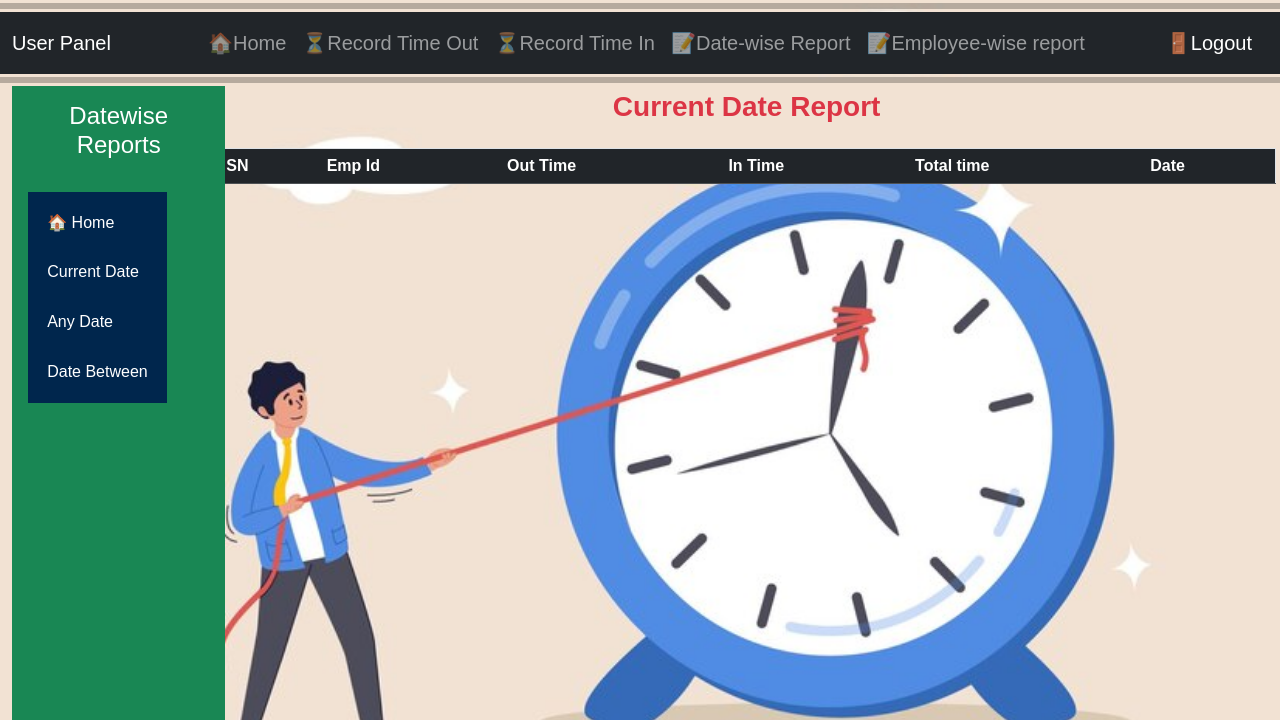
Repository: tecresearch/fullstack-training
Page: http://localhost/user/reports/datewise/anydate-dashboard
The author's editor kept a copy of each file at every save. The page is drawn from the files as they stood at one save, then again after the next save.
The browser window is 1280 px wide. The pictures show the whole page.
The page is this project's Thymeleaf template; nobody is signed in. The template is opened directly, without the code that normally fills it, so the values that code supplies are empty.

Above is the page before, as saved 2025-03-19 07:16:42.

### a4-spring-boot/employee-time-tracker/src/main/resources/templates/user/reports/datewise/anydate-dashboard.html
<html xmlns:th="http://www.thymeleaf.org">
<!-- admin navbar -->
<div th:insert="~{@{user/user-navbar}}"></div>

<head>
	<meta charset="UTF-8">
	<meta name="viewport" content="width=device-width, initial-scale=1.0">
	<title>Datewise Report Dashboard</title>
</head>

<body class="ubg-image">
	<div class="container-fluid">
		<div class="row">
			<!-- Sidebar -->
			<div th:insert="~{@{user/reports/datewise/date-sidebar}}"></div>
			<!-- Main Content -->
			<main class="col-md-9 col-lg-10 offset-md-3 offset-lg-2 p-1">
				<div class="d-flex justify-content-center align-items-center mb-3">
					<h3 class="fw-bold text-danger">Current Date Report</h3>
				</div>

				<!-- Current Date Report Table -->
				<div class="table-responsive">
					<table class="table table-striped table-hover border rounded">
						<thead class="table-dark">
							<tr>
								<th>SN</th>
								<th>Emp Id</th>
								<th>Out Time</th>
								<th>In Time</th>
								<th>Total time</th>
								<th>Date</th>
							</tr>
						</thead>
						<tbody>
							<tr th:each="timeInfo:${currentDateList}">
								<td>1</td>
								<td th:text="${timeInfo.empId}"></td>
								<td th:text="${timeInfo.outime}"></td>
								<td th:text="${timeInfo.intime}"></td>
								<td th:text="${timeInfo.totaltime}"></td>
								<td th:text="${timeInfo.date}"></td>
							</tr>
						</tbody>
					</table>
				</div>
			</main>
		</div>
	</div>
	<script src="https://cdn.jsdelivr.net/npm/bootstrap@5.3.0/dist/js/bootstrap.bundle.min.js"></script>
</body>

</html>

### a4-spring-boot/employee-time-tracker/src/main/resources/templates/user/user-navbar.html
<html xmlns:th="http://www.thymeleaf.org">
  <head>
	<div th:insert="~{@{csslink}}"></div>
	<style>
		.bt {
           padding: 5px 10px;
		   border-radius: 5px;
		   transition: background-color 0.3s;
		   color:blue;
		   font-size:1.5vw;
		   background-color: white;
		   margin-left: 5px;
		   margin-top: 0px;
		 }
		.nav-link:hover{
			color:white;
		}
    </style>
	<script>
	        document.addEventListener("DOMContentLoaded", function () {

				document.querySelectorAll("nav a").forEach(link => {
				    if (link.href === window.location.href) {
				      link.classList.add("active");
				    }
				  });
	        });
	    </script>
</head>
<body>
  <hr style="border:3px solid black;margin-top:3px;margin-bottom:3px">
  <nav class="navbar navbar-expand-lg navbar-dark bg-dark">
	<div class="container-fluid">
	   <a class="navbar-brand" href="#">User Panel</a>
	   <button class="navbar-toggler" type="button" data-bs-toggle="collapse" data-bs-target="#navbarNav">
		 <span class="navbar-toggler-icon"></span>
	   </button>
	   <div class="collapse navbar-collapse justify-content-center" id="navbarNav">
	 	<ul class="navbar-nav">
		  <li class="nav-item">
		     <a class="nav-link fs-5" href="/employee-timetracker/user/home">🏠Home</a>
		  </li>
		  <li class="nav-item">
			 <a class="nav-link fs-5" id="recordTimeOut" data-bs-target="#employeeTimeOutModal" data-bs-toggle="modal" href="#">⏳Record Time Out</a>
		  </li>
		  <li class="nav-item">
			 <a class="nav-link fs-5" id="recordTimeIn" data-bs-target="#employeeTimeInModal" data-bs-toggle="modal" href="#">⏳Record Time In</a>
		  </li>
		  <li class="nav-item">
			 <a class="nav-link fs-5" href="/employee-timetracker/user/datewise/report">📝Date-wise Report</a>
		  </li>
		  <li class="nav-item">
		     <a class="nav-link fs-5" href="#">📝Employee-wise report</a>
		  </li>
		</ul>
	  </div>
	  <a class="navbar-brand" href="#">🚪Logout</a>
	 </div>
    </nav>
   </div>
   <hr style="border:3px solid black;margin-top:3px;margin-bottom:3px">
</body>
</html>

### a4-spring-boot/employee-time-tracker/src/main/resources/templates/csslink.html
<link th:href="@{/CSS/bootstrap.min.css}" rel="stylesheet">
<link th:href="@{/CSS/timetracker.css?v=2.0}" rel="stylesheet">
<script src="https://code.jquery.com/jquery-3.6.0.min.js"></script>
<script th:src="@{/JS/employee/ajax.js?v=2.0}" type="module"></script>
<script th:src="@{/JS/user.js?v=2.0}"></script>
<script th:src="@{/JS/user/userajax.js?v=2.0}" type="module"></script>
<script th:src="@{/JS/user/check.js?v=2.0}"></script>

### a4-spring-boot/employee-time-tracker/src/main/resources/templates/user/reports/datewise/date-sidebar.html
<nav class="col-md-3 col-lg-2 d-md-block bg-success text-white vh-100 position-fixed">
	<div class="p-3">
		<h4 class="text-center">Datewise Reports</h4>
		<ul class="nav flex-column mt-4 position-fixed">
			<li class="nav-item">
				<a class="nav-link text-white active" href="#">🏠 Home</a>
			</li>
			<li class="nav-item">
				<a class="nav-link text-white" id="addUser1" data-bs-toggle="modal" data-bs-target="#addUserModal" href="#">Current Date</a>
			</li>
			<li class="nav-item">
				<a class="nav-link text-white" id="listUser" data-bs-toggle="modal" data-bs-target="#listUserModal" href="#">Any Date</a>
			</li>
			<li class="nav-item">
				<a class="nav-link text-white" data-bs-toggle="modal" data-bs-target="#deleteUserModal" href="#">Date Between</a>
			</li>
		</ul>
	</div>
</nav>

### a4-spring-boot/employee-time-tracker/src/main/resources/static/CSS/timetracker.css
body {
    font-family: Arial, sans-serif;
    margin: 0;
    padding: 0;
    background-color: #f4f4f4;
}
.header {
    background-color: #004080;
    color: white;
    padding: .8vw;
    text-align: center;
}
.nav {
    display: flex;
    justify-content: center;
    background: #00264d;
    padding: .5vw;
}
.nav a {
    color: white;
    padding: 1vw 1vw;
    text-decoration: none;
}
.hero {
    height: 20vw;
    display: flex;
    align-items: center;
    justify-content: center;
    color: white;
    font-size: 1.3vw;
    text-shadow: 2px 2px 5px rgba(0, 0, 0, 0.5);
}
.services {
    text-align: center;
    padding: .5vw;
}
.services div {
    display: inline-block;
    background: white;
    padding: .5vw;
    margin: .5vw;
    border-radius:.2vw;
    box-shadow: 0px 0px .5vw rgba(0, 0, 0, 0.1);
}
.footer {
    background: #004080;
    color: white;
    text-align: center;
    padding: .5vw;
    margin-top: .2vw;
}
.ddm{
    background:#00264d;
}
.bt{
    border:none;
    color:white;
    cursor: pointer;
    background: #00264d;
    margin-top: 12px;
}
a.dropdown-item:hover{
    background:white;
    color:#00264d;
}
.bg-image{
	background: url("../images/time.jpg")no-repeat center center/cover
}
.ubg-image{
	background: url("../images/tracker2.jpg")no-repeat center center/cover
}
.ch{
	height:18vw;
}

### a4-spring-boot/employee-time-tracker/src/main/resources/static/JS/employee/ajax.js
import { loadEmployeeDelete } from './empdelete.js';
import { loadEmployeeEdit } from './empedit.js';
import { popupAddDepartment, popupRole } from './emppopup.js';
import { loadEmployeeList } from './emplist.js';
$(document).ready(function() {
	$("#loadDeleteEmployee").click(function() {
		loadEmployeeDelete();
	});
	$("#loadEditEmployee").click(function() {
		loadEmployeeEdit();
	});
	$("#addEmployee").click(function() {
		popupAddDepartment();
	});
	$("#addEmployee1").click(function() {
		popupAddDepartment();
	});
	$("#department").change(function() {
		alert($(this).val());
		popupRole($(this).val(), "role");
	});
	$("#edepartment").change(function() {
		popupRole($(this).val(), "erole");
	});
	$("#listEmployee").click(function() {
		loadEmployeeList();
	});
});

### a4-spring-boot/employee-time-tracker/src/main/resources/static/JS/user.js
function matchPassword() {

	if (document.getElementById("rpassword").value != document.getElementById("password").value) {
		alert("Repeat password doen not match with password")
		return false;
	}
	return true;
}
function validatePassword() {
	var password = document.getElementById("password").value;
	var pattern = /^(?=.*[A-Z])(?=.*[a-z])(?=.*\d)(?=.*[@#$%^&+=!]).{8,}$/;
	var message = document.getElementById("passwordMessage");

	if (!pattern.test(password)) {
		message.style.color = "red";
		message.innerHTML = "Password must be at least 8 characters long and include uppercase, lowercase, a number, and a special character.";
		return false;
	} else {
		message.style.color = "green";
		message.innerHTML = "Strong password!";
		return true;
	}
}
function validatePasswordMatch() {
	var password = document.getElementById("password").value;
	var confirmPassword = document.getElementById("rpassword").value;
	var message = document.getElementById("passwordMatchMessage");

	if (confirmPassword.length > 0) {
		if (password === confirmPassword) {
			message.style.color = "green";
			message.innerHTML = "Passwords match!";
		} else {
			message.style.color = "red";
			message.innerHTML = "Passwords do not match!";
		}
	} else {
		message.innerHTML = "";
	}
}
function validateEmail() {
	var email = document.getElementById("email").value;
	var emailPattern = /^[a-zA-Z0-9._%+-]+@[a-zA-Z0-9.-]+\.[a-zA-Z]{2,}$/;
	var message = document.getElementById("emailMessage");

	if (emailPattern.test(email)) {
		message.style.color = "green";
		message.innerHTML = "Valid email!";
	} else {
		message.style.color = "red";
		message.innerHTML = "Invalid email format!";
	}
}

### a4-spring-boot/employee-time-tracker/src/main/resources/static/JS/user/userajax.js
import { popupEmployeeInName,popupEmployeeOutName } from './namepopup.js';
$(document).ready(function() {
	$("#recordTimeOut").click(function() {
		popupEmployeeInName()
	});
	$("#recordTimeIn").click(function() {
			popupEmployeeOutName()
	});
});

### a4-spring-boot/employee-time-tracker/src/main/resources/static/JS/user/check.js
function checkUserExistense()
{
		$.ajax(
		{
			url: "/employee-timetracker/admin/user/get-user?username=" + document.getElementById("username").value,
			type: "GET",
			success: function(response)
			{
				if (response)
				{
					document.getElementById("userExistMessage").innerHTML = "User name alerady exist";
					return false;
				}
			},
			error: function()
			{
				console.error("AJAX Error: " + error);
			}
		});
	return true;
  }

### a4-spring-boot/employee-time-tracker/src/main/resources/static/JS/employee/empdelete.js
export function loadEmployeeDelete() {
	$.ajax({
		url: "/employee-timetracker/admin/employee/get-employee-delete?eid=" + document.getElementById("deleteEid").value,
		type: "GET",
		success: function(response) {
			if (response.msg != null) {
				alert(response.msg);
			}
			else {
				document.getElementById("employeeDeleteDetails").style.display = "block";
				alert(response.department);
				for (let key in response) {
					document.getElementById("lbl"+key).innerHTML = response[key];
				}
			}
		},
		error: function() {
			console.error("AJAX Error: " + error);
		}
	});
}
//window.loadEmployeeDelete = loadEmployeeDelete;

### a4-spring-boot/employee-time-tracker/src/main/resources/static/JS/employee/empedit.js
import { popupEditDepartment,popupRole} from './emppopup.js';
export function loadEmployeeEdit() {
	$.ajax({
		url: "/employee-timetracker/admin/employee/get-employee-edit?eid=" + document.getElementById("editEid").value,
		type: "GET",
		success: function(response) {
			if (response.msg != null) {
				document.getElementById("employeeEditDetails").style.display = "none";
				alert(response.msg);
			}
			else {
				document.getElementById("employeeEditDetails").style.display = "block";
				popupEditDepartment(response["department"],response["role"]);
				for (let key in response) {
					if(key!="department")
						document.getElementById(key).value = response[key];
				}
				//popupRole(document.getElementById("edepartment").value,"erole");
			}
		},
		error: function() {
			console.error("AJAX Error: " + error);
		}
	});
}

### a4-spring-boot/employee-time-tracker/src/main/resources/static/JS/employee/emppopup.js
export function popupAddDepartment() {
	$.ajax({
		url: "/employee-timetracker/admin/employee/department-list",
		type: "GET",
		success: function(response) {
			let deptDropdown = $("#department");
			deptDropdown.empty();
			for (let key in response) {
				deptDropdown.append('<option value="' + key + '">' + response[key] + '</option>')
			}
			popupRole(document.getElementById("department").options[0].value,"role");
		},
		error: function() {
			console.error("AJAX Error:", error);
		}
	});
}
export function popupEditDepartment(deptId,roleId) {
	$.ajax({
		url: "/employee-timetracker/admin/employee/department-list",
		type: "GET",
		success: function(response) {
			let deptDropdown = $("#edepartment");
			deptDropdown.empty();
			//deptDropdown.append('<option value="-1">Choose Department</option>')
			for (let key in response) {
				if(deptId==key)
					deptDropdown.append('<option selected="selected" value="' + key + '">' + response[key] + '</option>');
				else
					deptDropdown.append('<option value="' + key + '">' + response[key] + '</option>');
			}
			popupRole1(deptId,"erole",roleId);
		},
		error: function() {
			console.error("AJAX Error:", error);
		}
	});
}
export function popupRole(deptId,role) {
	let roleDropDown = $("#"+role);
	$.ajax({
		url: "/employee-timetracker/admin/employee/role-list?deptId=" + deptId,
		type: "GET",
		success: function(response) {
			roleDropDown.empty();
			for (let key in response) {
				roleDropDown.append('<option value="' + key + '">' + response[key] + '</option>')
			}
		},
		error: function() {
			console.error("AJAX Error:", error);
		}
	});
}
export function popupRole1(deptId,role,roleId) {
	let roleDropDown = $("#"+role);
	$.ajax({
		url: "/employee-timetracker/admin/employee/role-list?deptId=" + deptId,
		type: "GET",
		success: function(response) {
			roleDropDown.empty();
			for (let key in response) {
				if(roleId==key)
					roleDropDown.append('<option selected value="' + key + '">' + response[key] + '</option>')
				else
					roleDropDown.append('<option value="' + key + '">' + response[key] + '</option>');
			}
		},
		error: function() {
			console.error("AJAX Error:", error);
		}
	});
}

### a4-spring-boot/employee-time-tracker/src/main/resources/static/JS/employee/emplist.js
export function loadEmployeeList() {
	$.ajax({
		url: "/employee-timetracker/admin/employee/get-employee-list",
		type: "GET",
		success: function(response) {
			let tableBody=$("#employeeList tbody");
			tableBody.empty();
			response.forEach(item=>{
				let row=`<tr>
				   <td>${item.empId}</td>
				   <td>${item.firstname}</td>
				   <td>${item.lastname}</td>
				   <td>${item.email}</td>
				   <td>${item.phone}</td>
				   <td><a href="#">${item.deptId}</a></td>
				   <td><a href="#">${item.roleId}</a></td>
				   <td>${item.timein}</td>
				   <td>${item.timeout}</td>
				</tr>`;
				tableBody.append(row);
			});
		},
		error: function() {
			console.error("AJAX Error: " + error);
		}
	});
}

### a4-spring-boot/employee-time-tracker/src/main/resources/static/JS/user/namepopup.js
export function popupEmployeeInName() {
	$.ajax({
		url: "/employee-timetracker/user/time/employee-inlist",
		type: "GET",
		success: function(response) {
				let deptDropdown = $("#inEmpId");
			deptDropdown.empty();
			for (let key in response) {
				deptDropdown.append('<option value="' + key + '">' + response[key] + '('+key+')</option>')
			}
		},
		error: function() {
			console.error("AJAX Error:", error);
		}
	});
}
export function popupEmployeeOutName() {
	$.ajax({
		url: "/employee-timetracker/user/time/employee-outlist",
		type: "GET",
		success: function(response) {
				let deptDropdown = $("#outEmpId");
			deptDropdown.empty();
			for (let key in response) {
				deptDropdown.append('<option value="' + key + '">' + response[key] + '('+key+')</option>')
			}
		},
		error: function() {
			console.error("AJAX Error:", error);
		}
	});
}

Loaded but not shown: a4-spring-boot/employee-time-tracker/src/main/resources/static/CSS/bootstrap.min.css (library)

After the next save:
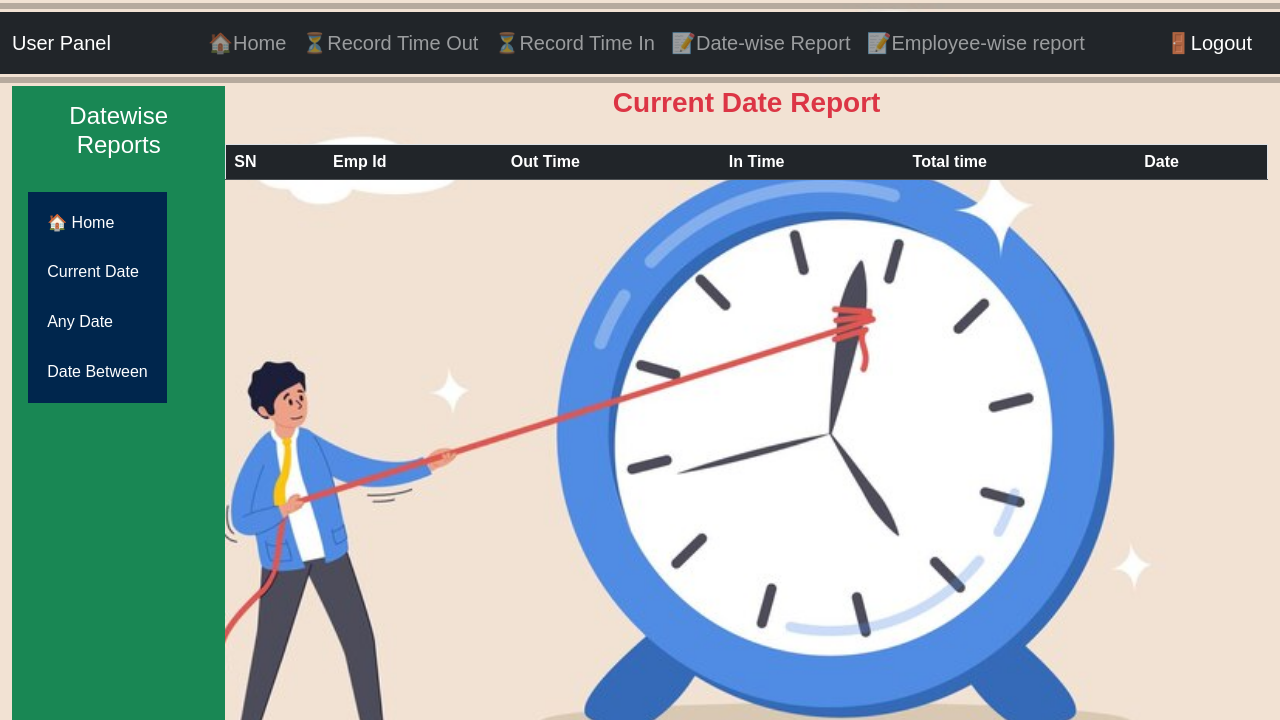
Saved 10 s later.
--- a/a4-spring-boot/employee-time-tracker/src/main/resources/templates/user/reports/datewise/anydate-dashboard.html
+++ b/a4-spring-boot/employee-time-tracker/src/main/resources/templates/user/reports/datewise/anydate-dashboard.html
@@ -14,7 +14,7 @@
 			<!-- Sidebar -->
 			<div th:insert="~{@{user/reports/datewise/date-sidebar}}"></div>
 			<!-- Main Content -->
-			<main class="col-md-9 col-lg-10 offset-md-3 offset-lg-2 p-1">
+			<main class="col-md-9 col-lg-10 offset-md-3 offset-lg-2">
 				<div class="d-flex justify-content-center align-items-center mb-3">
 					<h3 class="fw-bold text-danger">Current Date Report</h3>
 				</div>

After the save that followed:
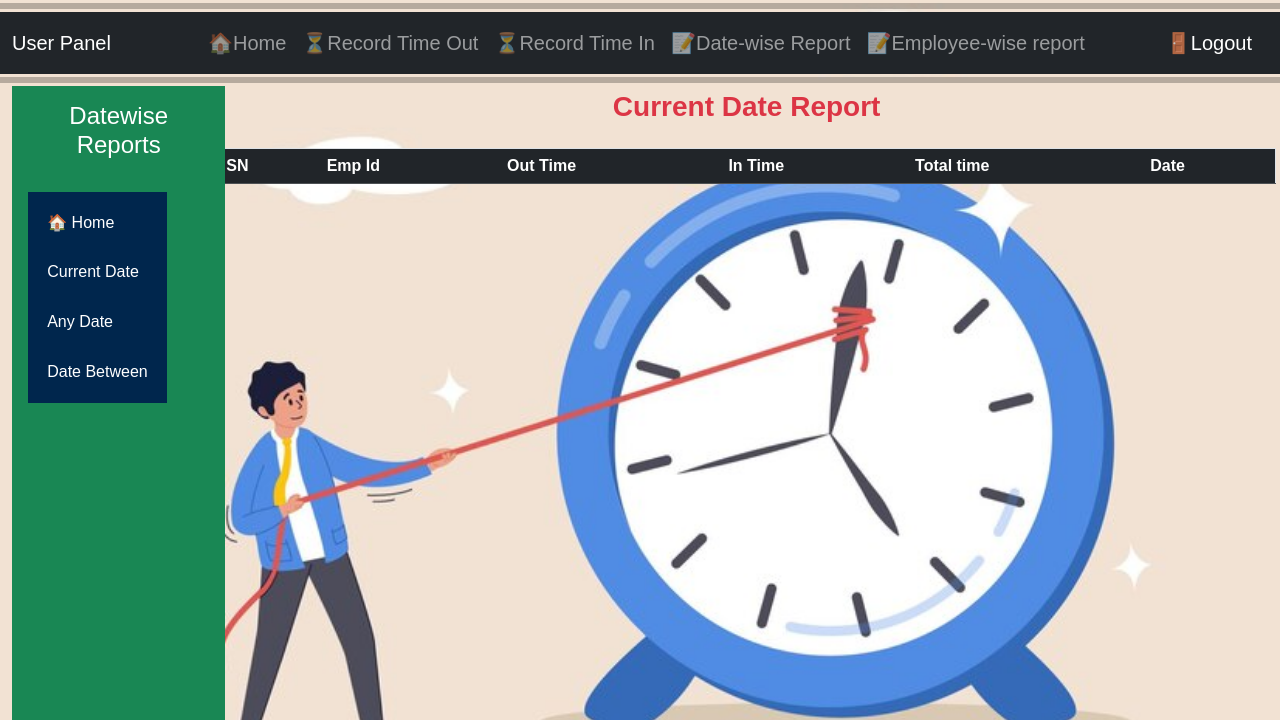
Saved 8 s later.
--- a/a4-spring-boot/employee-time-tracker/src/main/resources/templates/user/reports/datewise/anydate-dashboard.html
+++ b/a4-spring-boot/employee-time-tracker/src/main/resources/templates/user/reports/datewise/anydate-dashboard.html
@@ -14,7 +14,7 @@
 			<!-- Sidebar -->
 			<div th:insert="~{@{user/reports/datewise/date-sidebar}}"></div>
 			<!-- Main Content -->
-			<main class="col-md-9 col-lg-10 offset-md-3 offset-lg-2">
+			<main class="col-md-9 col-lg-10 offset-md-3 offset-lg-2 p-1">
 				<div class="d-flex justify-content-center align-items-center mb-3">
 					<h3 class="fw-bold text-danger">Current Date Report</h3>
 				</div>
